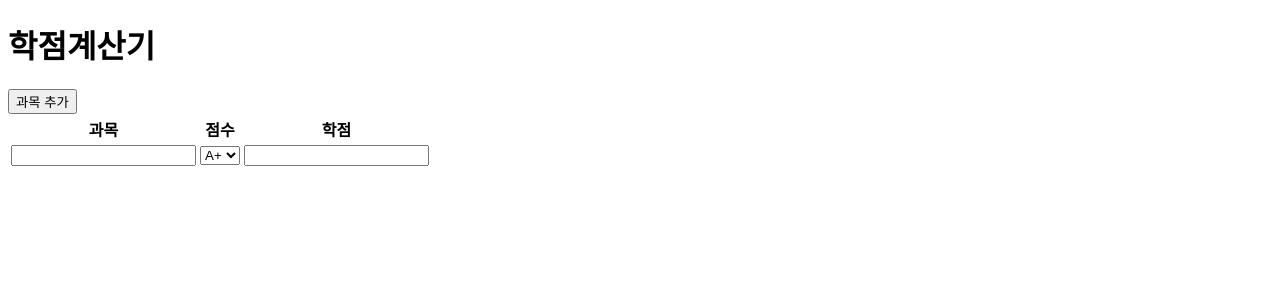
Repository: uni0415/JavaStudy_8452
Page: http://localhost/JspStudy_8452/study/grade/view/grade_input.jsp
These files come from the project's save history. The page is drawn as it stood at one moment and after the next save; the edit follows.
The browser window is 1280 px wide. The pictures show the whole page.
The page is served by Tomcat 9. Nobody is signed in. The application's start-up code is not run.

Above is the page before, as saved 2022-04-07 02:13:25.

After the next save:
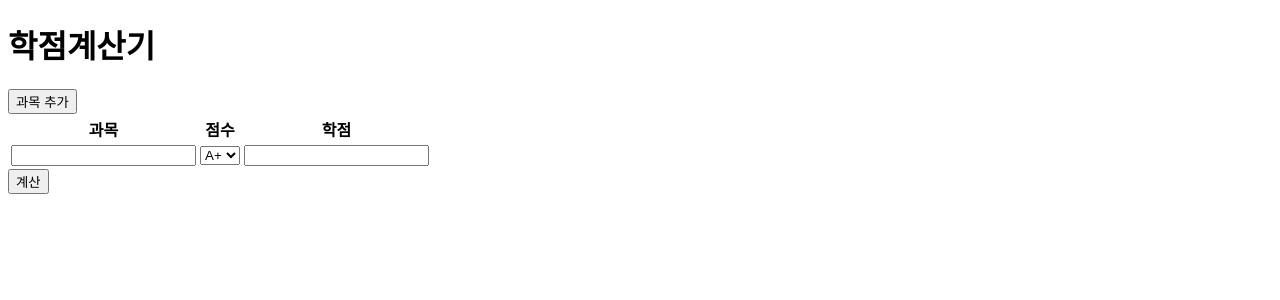
Saved 65 s later.
--- a/JspStudy_8452/src/main/webapp/study/grade/view/grade_input.jsp
+++ b/JspStudy_8452/src/main/webapp/study/grade/view/grade_input.jsp
@@ -40,6 +40,7 @@
 			</tbody>
 		</table>
 	</div>
+	<button>계산</button>
 	</form>
 </body>
 </html>
